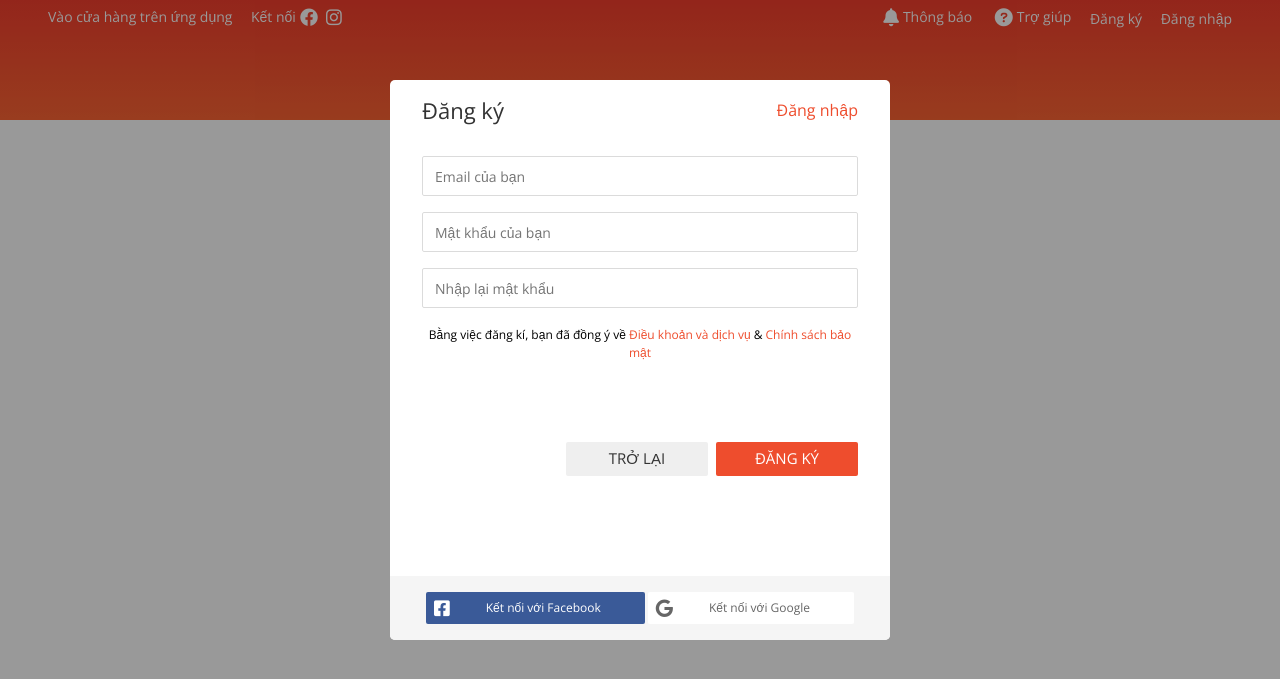
Repository: trongtamdev/Clone-Shopee-Page
Page: index.html
These files come from the project's save history. The page is drawn as it stood at one moment and after the next save; the edit follows.
The browser window is 1280 px wide. The pictures show the whole page.

Above is the page before, as saved 2022-07-08 22:24:09.

After the next save:
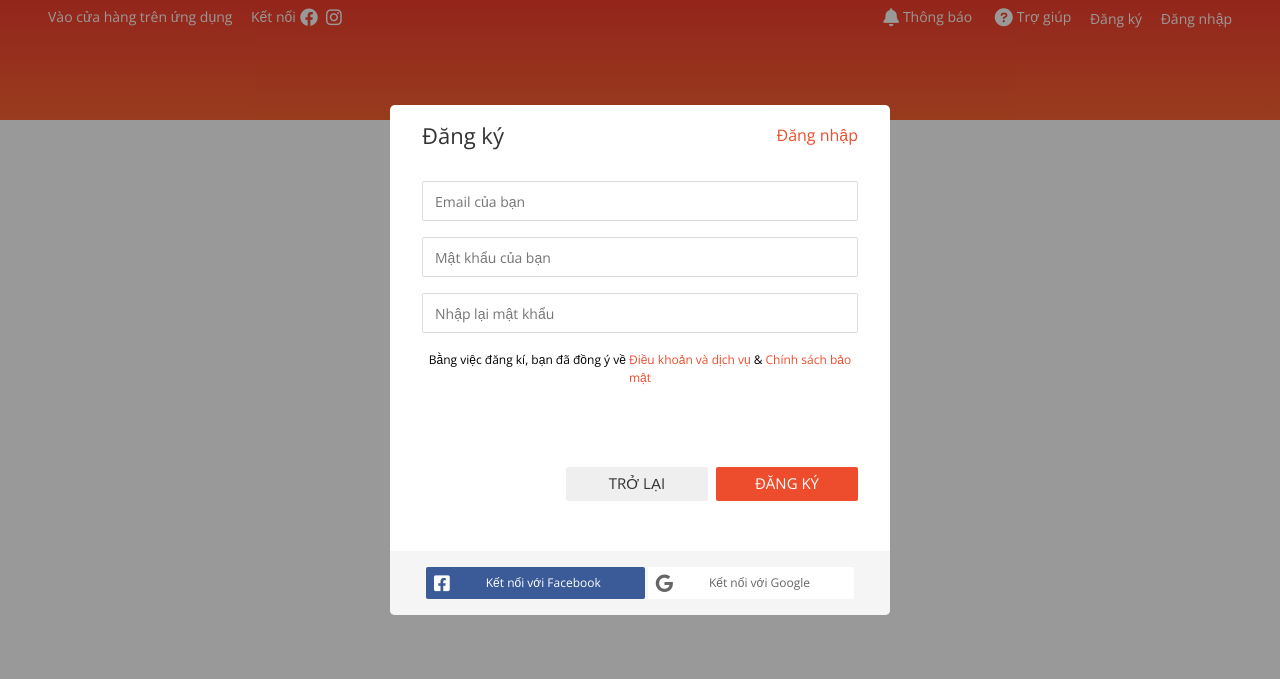
Saved 7 s later.
--- a/assets/css/main.css
+++ b/assets/css/main.css
@@ -195,7 +195,7 @@
     padding: 16px 36px;
     display: flex;
     justify-content: space-between;
-    margin-top: 100px;
+    margin-top: 50px;
 }
 
 .auth-form__socials-icon {
